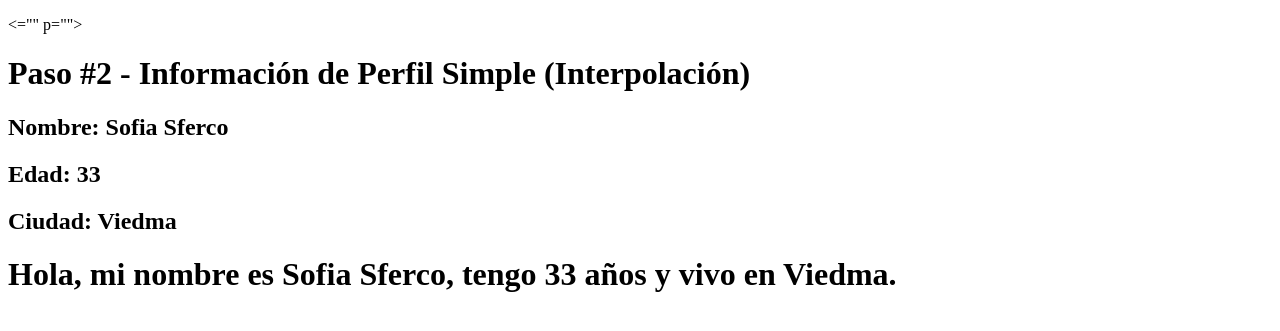
Repository: SofiaSferco/PWA-2026
Page: practico01/index.html
The author's editor kept a copy of each file at every save. The page is drawn from the files as they stood at one save, then again after a run of saves.
The browser window is 1280 px wide. The pictures show the whole page.

Above is the page before, as saved 2026-09-10 00:20:08.

After the next 4 saves:
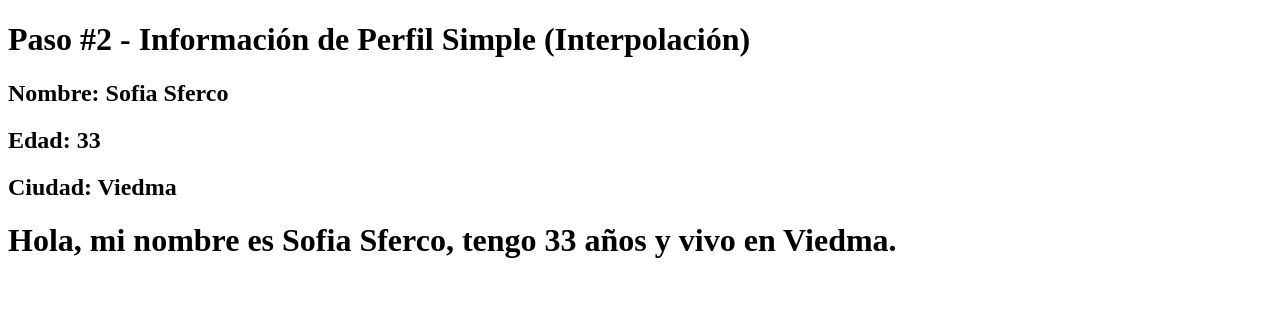
The 4 saves are shown as one change because they came seconds apart.
The last was saved 21 s later.
--- a/practico01/index.html
+++ b/practico01/index.html
@@ -7,7 +7,8 @@
 </head>
 <body>
     <div id="app">
-        <p><h1 </p>
+        <p>
+            <h1></h1> </p>
         <h1>Paso #2 - Información de Perfil Simple (Interpolación)</h1>
         <h2>Nombre: {{nombre}}</h2>
         <h2>Edad: {{edad}}</h2>
